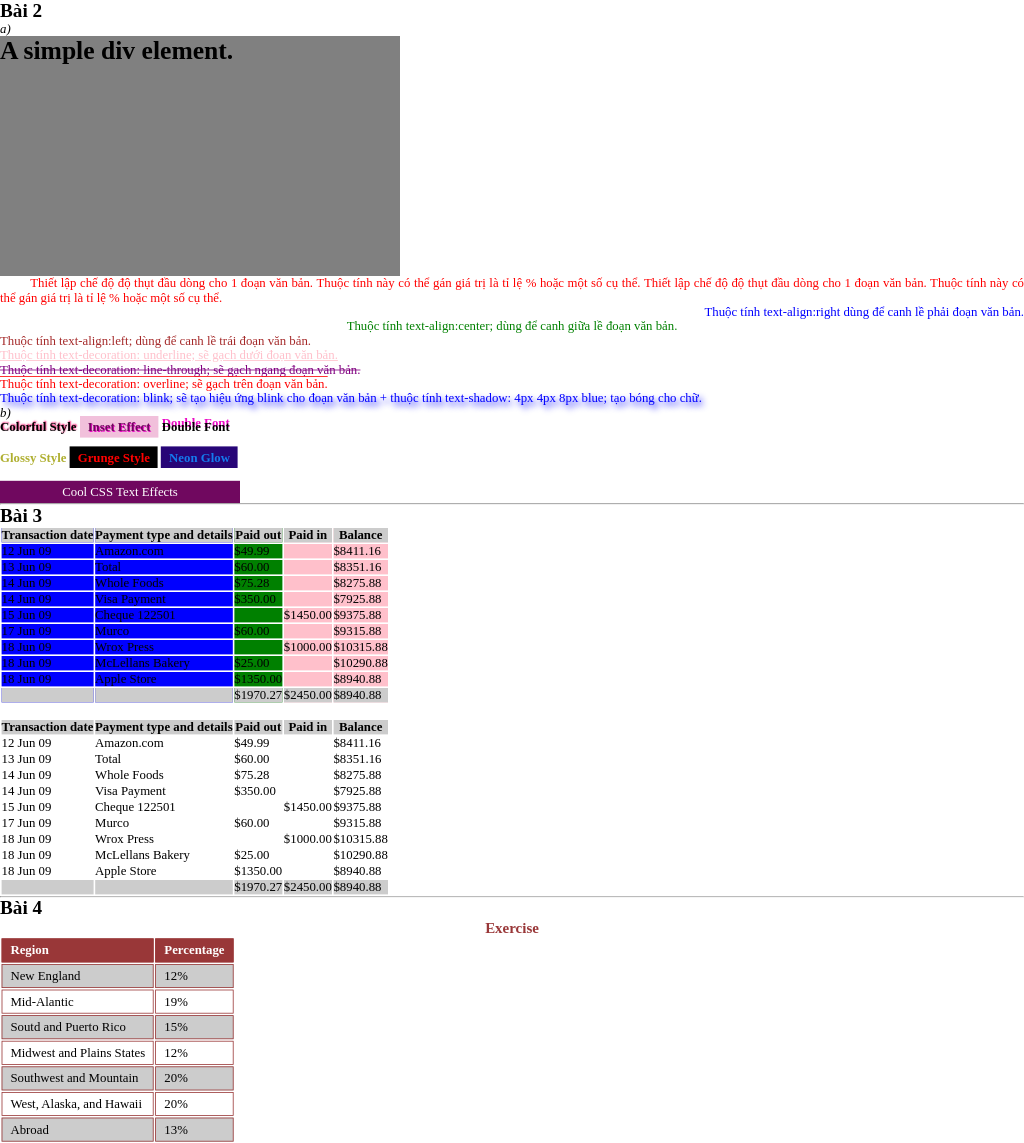
Repository: hoangnguyen1903/STT_21084321_NguyenHuyHoang_DHKHMT17B
Page: html/index.html
An editor plug-in stored every save of this project. The page is shown before and after the next save, followed by the edit.
The browser window is 1280 px wide. The pictures show the whole page, at 80% of full size.

Above is the page before, as saved 2023-03-02 14:45:30.

### html/index.html
<!DOCTYPE html>
<html lang="en">
  <head>
    <meta charset="UTF-8" />
    <meta http-equiv="X-UA-Compatible" content="IE=edge" />
    <meta name="viewport" content="width=device-width, initial-scale=1.0" />
    <title>CSS</title>

    <style>
      * {
        box-sizing: border-box;
        padding: 0;
        margin: 0;
      }
      #bai4 > table {
        font-family: "Trebuchet MS, Arial, Helvetica, sans-serif";
      }

      #bai4 > h3 {
        color: #993738;
        text-align: center;
      }

      #bai4 > table > thead {
        color: #fff;
        background-color: #993738;
        text-align: left;
      }

      #bai4 > table > thead > tr {
      }

      #bai4 > table > tbody > tr:nth-child(odd) {
        color: black;
        background-color: #ccc;
        text-align: left;
      }
      #bai4 > table > tbody > tr:nth-child(even) {
        color: black;
        text-align: left;
      }

      #bai4 > table > thead > tr > th,
      #bai4 > table > tbody > tr > td {
        border: 1px solid #993738;
        /* border-right: 1px solid #993738; */
        padding: 5px 10px;
      }
    </style>
  </head>
  <body>
    <h2><b>Bài 2</b></h2>
    <p><i>a)</i></p>
    <div
      id="container"
      style="width: 500px; height: 300px; background-color: gray"
    >
      <h1>A simple div element.</h1>
    </div>
    <p style="text-indent: 1cm; color: red; text-align: justify">
      Thiết lập chế độ độ thụt đầu dòng cho 1 đoạn văn bản. Thuộc tính này có
      thể gán giá trị là tỉ lệ % hoặc một số cụ thể. Thiết lập chế độ độ thụt
      đầu dòng cho 1 đoạn văn bản. Thuộc tính này có thể gán giá trị là tỉ lệ %
      hoặc một số cụ thể.
    </p>
    <p style="text-align: right; color: blue">
      Thuộc tính text-align:right dùng để canh lề phải đoạn văn bản.
    </p>
    <p style="text-align: center; color: green">
      Thuộc tính text-align:center; dùng để canh giữa lề đoạn văn bản.
    </p>
    <p style="text-align: left; color: brown">
      Thuộc tính text-align:left; dùng để canh lề trái đoạn văn bản.
    </p>
    <p style="text-decoration: underline; color: pink">
      Thuộc tính text-decoration: underline; sẽ gạch dưới đoạn văn bản.
    </p>
    <p style="text-decoration: line-through; color: purple">
      Thuộc tính text-decoration: line-through; sẽ gạch ngang đoạn văn bản.
    </p>
    <p style="text-decoration: overline; color: red">
      Thuộc tính text-decoration: overline; sẽ gạch trên đoạn văn bản.
    </p>
    <p
      style="
        text-decoration: blink;
        text-align: justify;
        color: blue;
        text-shadow: 4px 4px 8px blue;
      "
    >
      Thuộc tính text-decoration: blink; sẽ tạo hiệu ứng blink cho đoạn văn bản
      + thuộc tính text-shadow: 4px 4px 8px blue; tạo bóng cho chữ.
    </p>
    <p><i>b)</i></p>
    <div>
      <span
        style="
          color: black;
          font-weight: bold;
          text-shadow: 1px -1px 2px rgba(238, 12, 106, 0.986);
        "
        >Colorful Style</span
      >
      <span
        style="
          color: #70085f;
          background: #f1c0db;
          padding: 5px 10px;
          font-weight: bold;
          text-shadow: #eb0bc5 1px 1px 0;
        "
        >Inset Effect</span
      >
      <span style="text-shadow: 0px -5px 0 #eb0bc5; font-weight: bold"
        >Double Font</span
      >
    </div>
    <div style="margin-top: 20px">
      <span
        style="
          color: rgb(175, 175, 48);
          text-shadow: 4px 2px 2px #fff;
          font-weight: bold;
        "
        >Glossy Style</span
      >
      <span
        style="
          color: red;
          background-color: black;
          padding: 5px 10px;
          font-weight: bold;
        "
        >Grunge Style</span
      >
      <span
        style="
          color: rgb(20, 122, 238);
          background-color: rgb(39, 5, 119);
          padding: 5px 10px;
          font-weight: bold;
        "
        >Neon Glow</span
      >
    </div>
    <div
      style="
        color: #fff;
        background-color: #70085f;
        text-align: center;
        padding: 5px 10px;
        margin-top: 20px;
        width: 300px;
      "
    >
      Cool CSS Text Effects
    </div>
    <hr />
    <h2><b>Bài 3</b></h2>
    <table>
      <colgroup>
        <col span="6" style="background-color: blue" />
        <col span="6" style="background-color: blue" />
        <col span="2" style="background-color: green" />
        <col span="2" style="background-color: pink" />
        <col span="3" style="background-color: pink" />
      </colgroup>
      <tr style="background-color: #ccc">
        <th colspan="6">Transaction date</th>
        <th colspan="6">Payment type and details</th>
        <th colspan="2">Paid out</th>
        <th colspan="2">Paid in</th>
        <th colspan="3">Balance</th>
      </tr>

      <tr>
        <td colspan="6">12 Jun 09</td>
        <td colspan="6">Amazon.com</td>
        <td colspan="2">$49.99</td>
        <td colspan="2"></td>
        <td colspan="3">$8411.16</td>
      </tr>
      <tr>
        <td colspan="6">13 Jun 09</td>
        <td colspan="6">Total</td>
        <td colspan="2">$60.00</td>
        <td colspan="2"></td>
        <td colspan="3">$8351.16</td>
      </tr>
      <tr>
        <td colspan="6">14 Jun 09</td>
        <td colspan="6">Whole Foods</td>
        <td colspan="2">$75.28</td>
        <td colspan="2"></td>
        <td colspan="3">$8275.88</td>
      </tr>
      <tr>
        <td colspan="6">14 Jun 09</td>
        <td colspan="6">Visa Payment</td>
        <td colspan="2">$350.00</td>
        <td colspan="2"></td>
        <td colspan="3">$7925.88</td>
      </tr>
      <tr>
        <td colspan="6">15 Jun 09</td>
        <td colspan="6">Cheque 122501</td>
        <td colspan="2"></td>
        <td colspan="2">$1450.00</td>
        <td colspan="3">$9375.88</td>
      </tr>
      <tr>
        <td colspan="6">17 Jun 09</td>
        <td colspan="6">Murco</td>
        <td colspan="2">$60.00</td>
        <td colspan="2"></td>
        <td colspan="3">$9315.88</td>
      </tr>
      <tr>
        <td colspan="6">18 Jun 09</td>
        <td colspan="6">Wrox Press</td>
        <td colspan="2"></td>
        <td colspan="2">$1000.00</td>
        <td colspan="3">$10315.88</td>
      </tr>
      <tr>
        <td colspan="6">18 Jun 09</td>
        <td colspan="6">McLellans Bakery</td>
        <td colspan="2">$25.00</td>
        <td colspan="2"></td>
        <td colspan="3">$10290.88</td>
      </tr>
      <tr>
        <td colspan="6">18 Jun 09</td>
        <td colspan="6">Apple Store</td>
        <td colspan="2">$1350.00</td>
        <td colspan="2"></td>
        <td colspan="3">$8940.88</td>
      </tr>

      <tr style="background-color: #ccc">
        <td colspan="6"></td>
        <td colspan="6"></td>
        <td colspan="2">$1970.27</td>
        <td colspan="2">$2450.00</td>
        <td colspan="3">$8940.88</td>
      </tr>
    </table>
    <br />
    <table>
      <tr style="background-color: #ccc">
        <th colspan="6">Transaction date</th>
        <th colspan="6">Payment type and details</th>
        <th colspan="2">Paid out</th>
        <th colspan="2">Paid in</th>
        <th colspan="3">Balance</th>
      </tr>

      <tr>
        <td colspan="6">12 Jun 09</td>
        <td colspan="6">Amazon.com</td>
        <td colspan="2">$49.99</td>
        <td colspan="2"></td>
        <td colspan="3">$8411.16</td>
      </tr>
      <tr>
        <td colspan="6">13 Jun 09</td>
        <td colspan="6">Total</td>
        <td colspan="2">$60.00</td>
        <td colspan="2"></td>
        <td colspan="3">$8351.16</td>
      </tr>
      <tr>
        <td colspan="6">14 Jun 09</td>
        <td colspan="6">Whole Foods</td>
        <td colspan="2">$75.28</td>
        <td colspan="2"></td>
        <td colspan="3">$8275.88</td>
      </tr>
      <tr>
        <td colspan="6">14 Jun 09</td>
        <td colspan="6">Visa Payment</td>
        <td colspan="2">$350.00</td>
        <td colspan="2"></td>
        <td colspan="3">$7925.88</td>
      </tr>
      <tr>
        <td colspan="6">15 Jun 09</td>
        <td colspan="6">Cheque 122501</td>
        <td colspan="2"></td>
        <td colspan="2">$1450.00</td>
        <td colspan="3">$9375.88</td>
      </tr>
      <tr>
        <td colspan="6">17 Jun 09</td>
        <td colspan="6">Murco</td>
        <td colspan="2">$60.00</td>
        <td colspan="2"></td>
        <td colspan="3">$9315.88</td>
      </tr>
      <tr>
        <td colspan="6">18 Jun 09</td>
        <td colspan="6">Wrox Press</td>
        <td colspan="2"></td>
        <td colspan="2">$1000.00</td>
        <td colspan="3">$10315.88</td>
      </tr>
      <tr>
        <td colspan="6">18 Jun 09</td>
        <td colspan="6">McLellans Bakery</td>
        <td colspan="2">$25.00</td>
        <td colspan="2"></td>
        <td colspan="3">$10290.88</td>
      </tr>
      <tr>
        <td colspan="6">18 Jun 09</td>
        <td colspan="6">Apple Store</td>
        <td colspan="2">$1350.00</td>
        <td colspan="2"></td>
        <td colspan="3">$8940.88</td>
      </tr>

      <tr style="background-color: #ccc">
        <td colspan="6"></td>
        <td colspan="6"></td>
        <td colspan="2">$1970.27</td>
        <td colspan="2">$2450.00</td>
        <td colspan="3">$8940.88</td>
      </tr>
    </table>
    <hr />
    <h2><b>Bài 4</b></h2>
    <div id="bai4">
      <h3>Exercise</h3>
      <table>
        <thead>
          <tr>
            <th span="12">Region</th>
            <th span="8">Percentage</th>
          </tr>
        </thead>
        <tbody>
          <tr>
            <td span="12">New England</td>
            <td span="8">12%</td>
          </tr>
          <tr>
            <td span="12">Mid-Alantic</td>
            <td span="8">19%</td>
          </tr>
          <tr>
            <td span="12">Soutd and Puerto Rico</td>
            <td span="8">15%</td>
          </tr>
          <tr>
            <td span="12">Midwest and Plains States</td>
            <td span="8">12%</td>
          </tr>
          <tr>
            <td span="12">Southwest and Mountain</td>
            <td span="8">20%</td>
          </tr>
          <tr>
            <td span="12">West, Alaska, and Hawaii</td>
            <td span="8">20%</td>
          </tr>
          <tr>
            <td span="12">Abroad</td>
            <td span="8">13%</td>
          </tr>
        </tbody>
      </table>
    </div>
  </body>
</html>

After the next save:
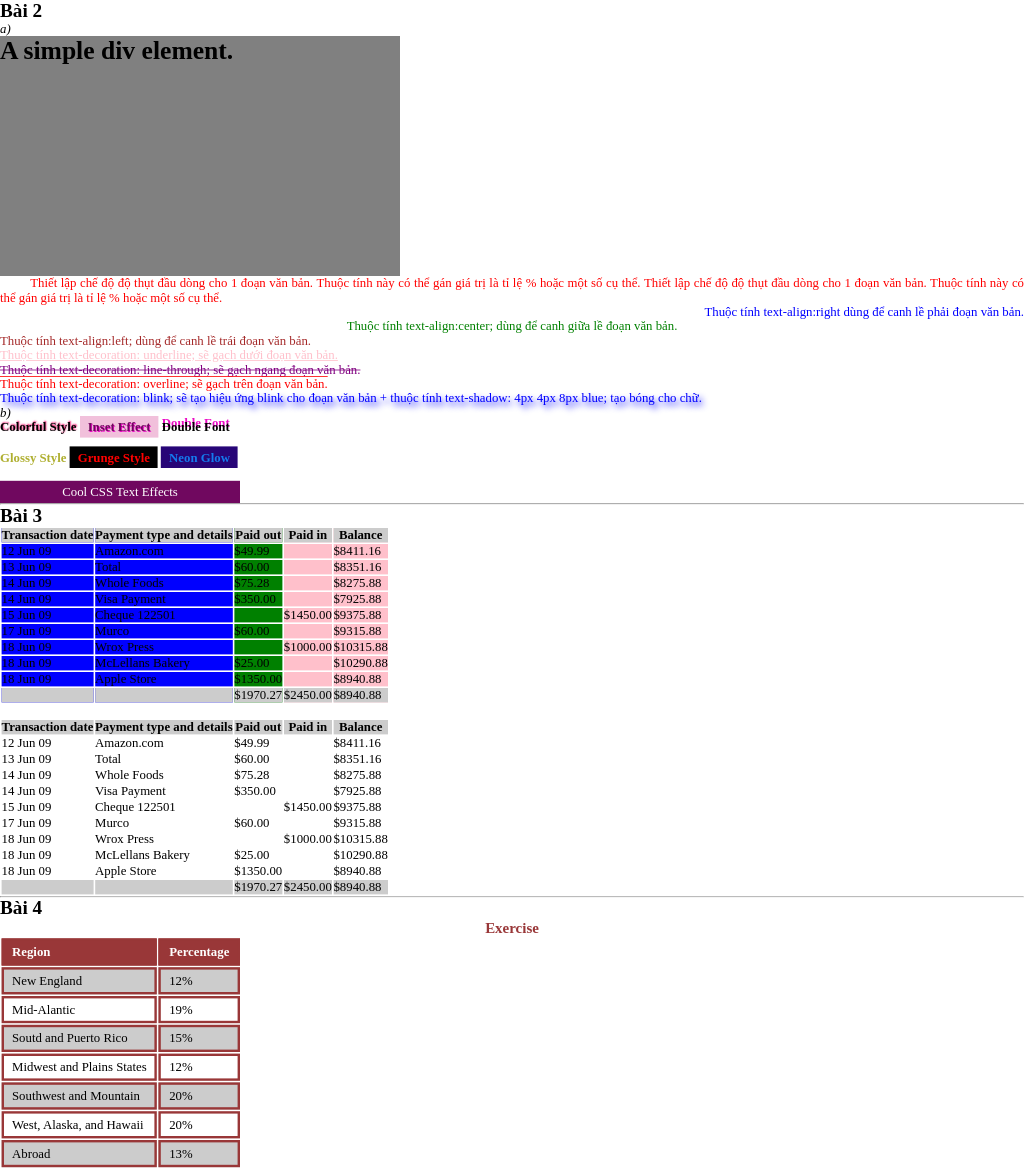
Saved 10 s later.
--- a/html/index.html
+++ b/html/index.html
@@ -42,7 +42,7 @@
 
       #bai4 > table > thead > tr > th,
       #bai4 > table > tbody > tr > td {
-        border: 1px solid #993738;
+        border: 3px solid #993738;
         /* border-right: 1px solid #993738; */
         padding: 5px 10px;
       }

After the save that followed:
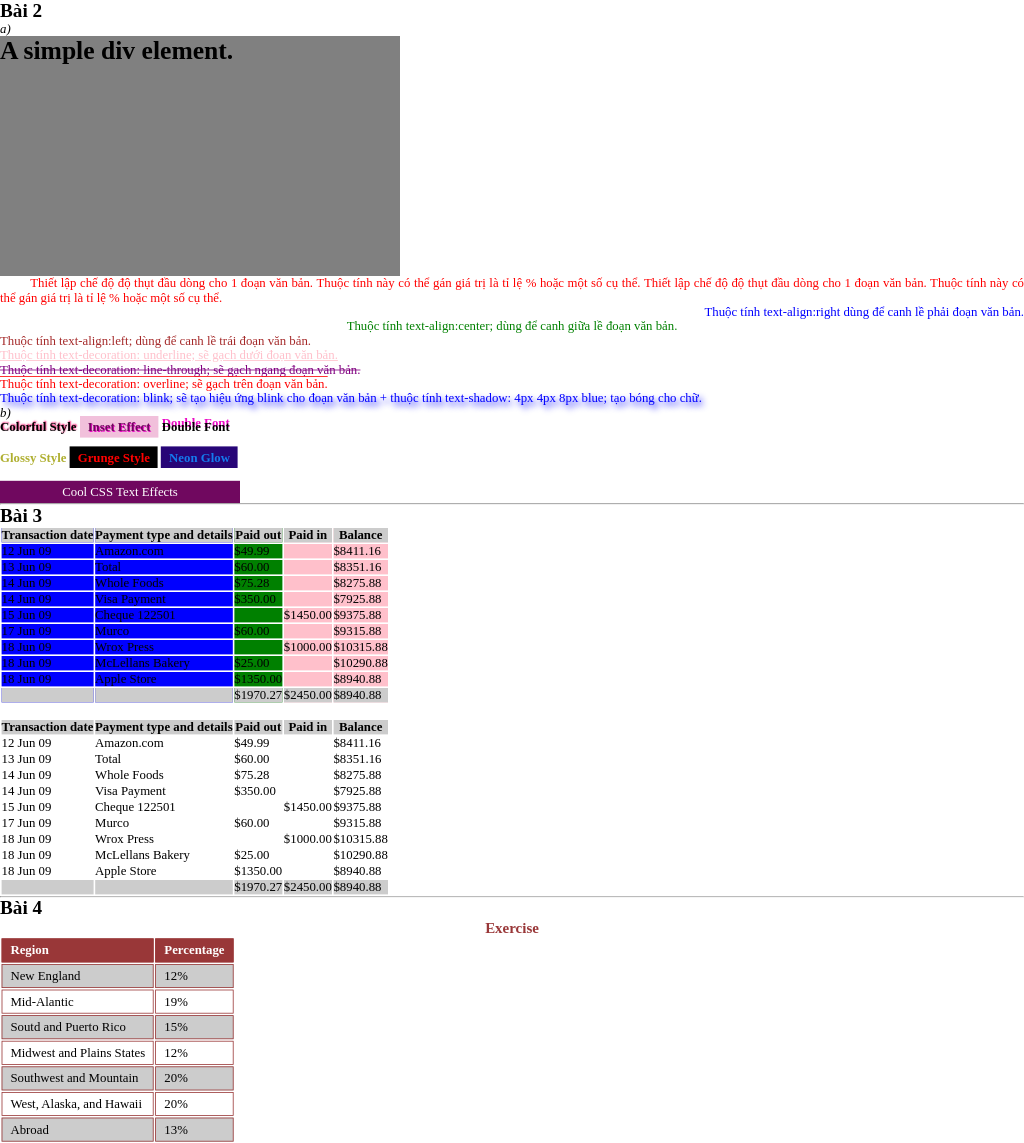
Saved 5 s later.
--- a/html/index.html
+++ b/html/index.html
@@ -42,7 +42,7 @@
 
       #bai4 > table > thead > tr > th,
       #bai4 > table > tbody > tr > td {
-        border: 3px solid #993738;
+        border: 1px solid #993738;
         /* border-right: 1px solid #993738; */
         padding: 5px 10px;
       }
